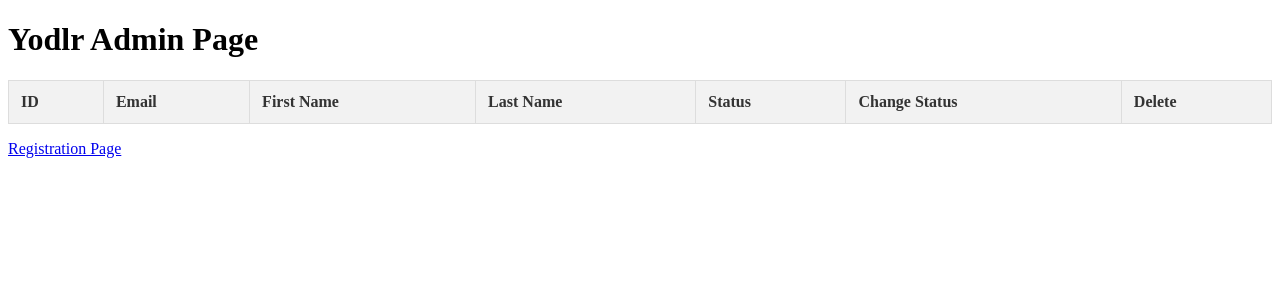
Repository: rmdayberry/yodlr-take-home
Page: public/admin.html
An editor plug-in stored every save of this project. The page is shown before and after the next save, followed by the edit.
The browser window is 1280 px wide. The pictures show the whole page.
The page's requests for data from a server got no answer.

Above is the page before, as saved 2024-10-08 20:34:30.
Console error: TypeError: Cannot read properties of undefined (reading 'message')

### public/admin.html
<!DOCTYPE html>
<html>
  <head>
    <meta charset="utf-8" />
    <title>Yodlr Admin Page</title>
    <link rel="stylesheet" href="css/admin.css" />
    <script src="https://code.jquery.com/jquery-3.6.0.min.js"></script>
    <script>
      $(document).ready(function () {
        function loadUsers() {
          $.ajax({
            type: "GET",
            url: "http://localhost:3000/users",
            success: function (users) {
              var tableBody = $("#userTable tbody");
              tableBody.empty(); // clear the table before adding new rows

              users.forEach(function (user) {
                var statusButtons =
                  user.status === "active"
                    ? `<button class="set-pending" data-id="${user.id}">Set as Pending</button>`
                    : `<button class="set-active" data-id="${user.id}">Set as Active</button>`;

                tableBody.append(
                  `<tr>
                      <td>${user.id}</td>
                      <td>${user.email}</td>
                      <td>${user.firstName}</td>
                      <td>${user.lastName}</td>
                      <td>${user.status}</td>
                      <td>${statusButtons}
                      </td>
                      <td><button class="delete" data-id="${user.id}">Delete</button></td>
                      </tr>`
                );
              });
            },
            error: function (err) {
              alert("Error fetching users: " + err.responseJSON.message);
            },
          });
        }

        loadUsers(); //loads users on page load

        // Handle set as pending button click
        $("#userTable").on("click", ".set-pending", function () {
          var userId = $(this).data("id");
          $.ajax({
            type: "PUT",
            url: `http://localhost:3000/users/${userId}`,
            data: JSON.stringify({ id: userId, status: "pending" }), // Change status to 'pending'
            contentType: "application/json",
            success: function () {
              alert("User status updated to pending");
              loadUsers(); // Reload users after status change
            },
            error: function (err) {
              alert("Error updating user status: " + err.responseJSON.message);
            },
          });
        });

        // Handle set as active button click
        $("#userTable").on("click", ".set-active", function () {
          var userId = $(this).data("id");
          $.ajax({
            type: "PUT",
            url: `http://localhost:3000/users/${userId}`,
            data: JSON.stringify({ id: userId, status: "active" }), // Change status to 'active'
            contentType: "application/json",
            success: function () {
              alert("User status updated to active");
              loadUsers(); // Reload users after status change
            },
            error: function (err) {
              alert("Error updating user status: " + err.responseJSON.message);
            },
          });
        });

        //Handle delete button click
        $("#userTable").on("click", ".delete", function () {
          var userId = $(this).data("id");
          $.ajax({
            type: "DELETE",
            url: `http://localhost:3000/users/${userId}`,
            success: function () {
              alert("User was deleted");
              loadUsers(); // reloads users after deletion was made
            },
            error: function (err) {
              alert("Error deleting user: " + err.responseJSON.message);
            },
          });
        });
      });
    </script>
  </head>
  <body>
    <h1>Yodlr Admin Page</h1>
    <table id="userTable">
      <thead>
        <tr>
          <th>ID</th>
          <th>Email</th>
          <th>First Name</th>
          <th>Last Name</th>
          <th>Status</th>
          <th>Change Status</th>
          <th>Delete</th>
        </tr>
      </thead>
      <tbody></tbody>
    </table>
    <p>
      <a href="signup.html">Registration Page</a>
    </p>
  </body>
</html>

### public/css/admin.css
table {
  width: 100%;
  border-collapse: collapse;
  margin-top: 20px;
}
table,
th,
td {
  border: 1px solid #ddd;
}
th,
td {
  padding: 12px;
  text-align: left;
}
th {
  background-color: #f2f2f2;
  color: #333;
}

tr:nth-child(even) {
  background-color: #f9f9f9;
}
tr:hover {
  background-color: #f1f1f1;
}

After the next save:
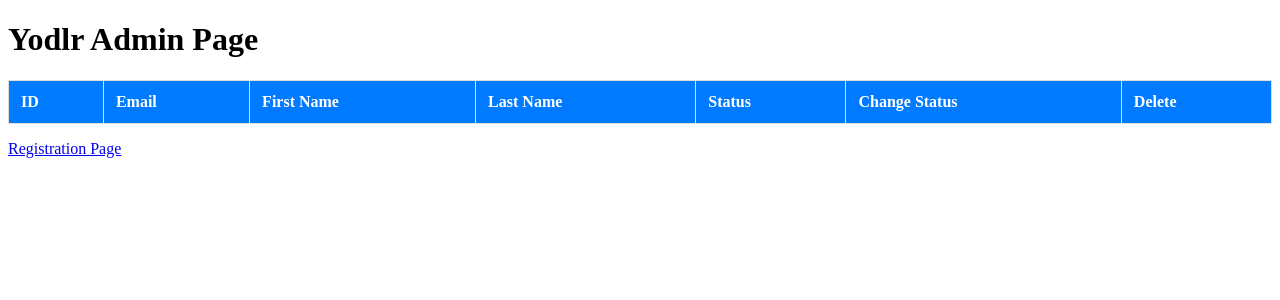
Saved 117 s later.
--- a/public/css/admin.css
+++ b/public/css/admin.css
@@ -14,8 +14,8 @@ td {
   text-align: left;
 }
 th {
-  background-color: #f2f2f2;
-  color: #333;
+  background-color: #007bff;
+  color: white;
 }
 
 tr:nth-child(even) {
